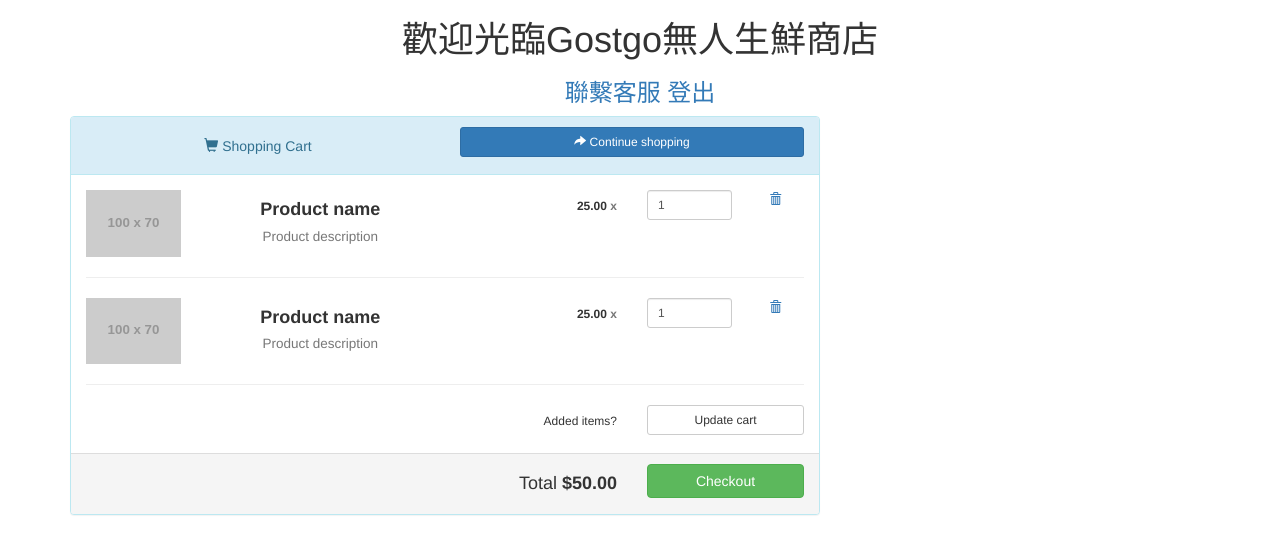
Repository: powerspd/III_AIOT05_team3_project
Page: http://localhost/this_is_demo/shopping.jsp
The author's editor kept a copy of each file at every save. The page is drawn from the files as they stood at one save, then again after the next save.
The browser window is 1280 px wide. The pictures show the whole page.
Some web libraries are served in a nearby version. The page is served by Tomcat 9. Other server files are loaded and not shown. The template is opened directly, without the code that normally fills it, so the values that code supplies are empty.

Above is the page before, as saved 2020-01-25 07:03:18.
Console error (its wording comes from the project's code and is left out).

### JavaWeb_Workspace/this_is_demo/WebContent/shopping.jsp
<%@ page language="java" contentType="text/html; charset=UTF-8" pageEncoding="UTF-8"%>
<%@ taglib uri="http://java.sun.com/jsp/jstl/core" prefix="c" %>
<html>
<head>
	<meta http-equiv="Content-Type" content="text/html; charset=utf-8">
	<title>使用者管理系統</title>
<link href="//netdna.bootstrapcdn.com/bootstrap/3.0.3/css/bootstrap.min.css" rel="stylesheet" id="bootstrap-css">
<script src="//netdna.bootstrapcdn.com/bootstrap/3.0.3/js/bootstrap.min.js"></script>
<script src="//code.jquery.com/jquery-1.11.1.min.js"></script>
</head>
<body>
<div align="center" class="table-users">
<div class="header">
<h1>歡迎光臨Gostgo無人生鮮商店</h1>
<div></div>
<h3>
<a href="AccountServlet"><c:out value="${user.name}"/></a>
<a href="ServiceServlet">聯繫客服</a>
<a href="LogoutServlet">登出</a>
</h3>
</div>
<div class="container">
	<div class="row">
		<div class="col-xs-8">
			<div class="panel panel-info">
				<div class="panel-heading">
					<div class="panel-title">
						<div class="row">
							<div class="col-xs-6">
								<h5><span class="glyphicon glyphicon-shopping-cart"></span> Shopping Cart</h5>
							</div>
							<div class="col-xs-6">
								<button type="button" class="btn btn-primary btn-sm btn-block">
									<span class="glyphicon glyphicon-share-alt"></span> Continue shopping
								</button>
							</div>
						</div>
					</div>
				</div>
				<div class="panel-body">
					<div class="row">
						<div class="col-xs-2"><img class="img-responsive" src="http://placehold.it/100x70">
						</div>
						<div class="col-xs-4">
							<h4 class="product-name"><strong>Product name</strong></h4><h4><small>Product description</small></h4>
						</div>
						<div class="col-xs-6">
							<div class="col-xs-6 text-right">
								<h6><strong>25.00 <span class="text-muted">x</span></strong></h6>
							</div>
							<div class="col-xs-4">
								<input type="text" class="form-control input-sm" value="1">
							</div>
							<div class="col-xs-2">
								<button type="button" class="btn btn-link btn-xs">
									<span class="glyphicon glyphicon-trash"> </span>
								</button>
							</div>
						</div>
					</div>
					<hr>
					<div class="row">
						<div class="col-xs-2"><img class="img-responsive" src="http://placehold.it/100x70">
						</div>
						<div class="col-xs-4">
							<h4 class="product-name"><strong>Product name</strong></h4><h4><small>Product description</small></h4>
						</div>
						<div class="col-xs-6">
							<div class="col-xs-6 text-right">
								<h6><strong>25.00 <span class="text-muted">x</span></strong></h6>
							</div>
							<div class="col-xs-4">
								<input type="text" class="form-control input-sm" value="1">
							</div>
							<div class="col-xs-2">
								<button type="button" class="btn btn-link btn-xs">
									<span class="glyphicon glyphicon-trash"> </span>
								</button>
							</div>
						</div>
					</div>
					<hr>
					<div class="row">
						<div class="text-center">
							<div class="col-xs-9">
								<h6 class="text-right">Added items?</h6>
							</div>
							<div class="col-xs-3">
								<button type="button" class="btn btn-default btn-sm btn-block">
									Update cart
								</button>
							</div>
						</div>
					</div>
				</div>
				<div class="panel-footer">
					<div class="row text-center">
						<div class="col-xs-9">
							<h4 class="text-right">Total <strong>$50.00</strong></h4>
						</div>
						<div class="col-xs-3">
							<button type="button" class="btn btn-success btn-block">
								Checkout
							</button>
						</div>
					</div>
				</div>
			</div>
		</div>
	</div>
</div>


<c:forEach var="user" items="${listItem}">
<div class="item">
<div class="buttons">
<span class="delete-btn"></span>
</div>

<div class="image">
<img src="/.....path_name...../<c:out value='${item.imno}'/>" alt="" />
</div>

<div class="description">
<span><c:out value="${item.name}"/></span>
<span><c:out value="${item.unitPrice}"/> 元</span>
</div>

<div class="total-price"> NT <c:out value="${item.totalPrice}"/></div>
</div>
</c:forEach>
</div>
</div>

</body>
</html>

After the next save:
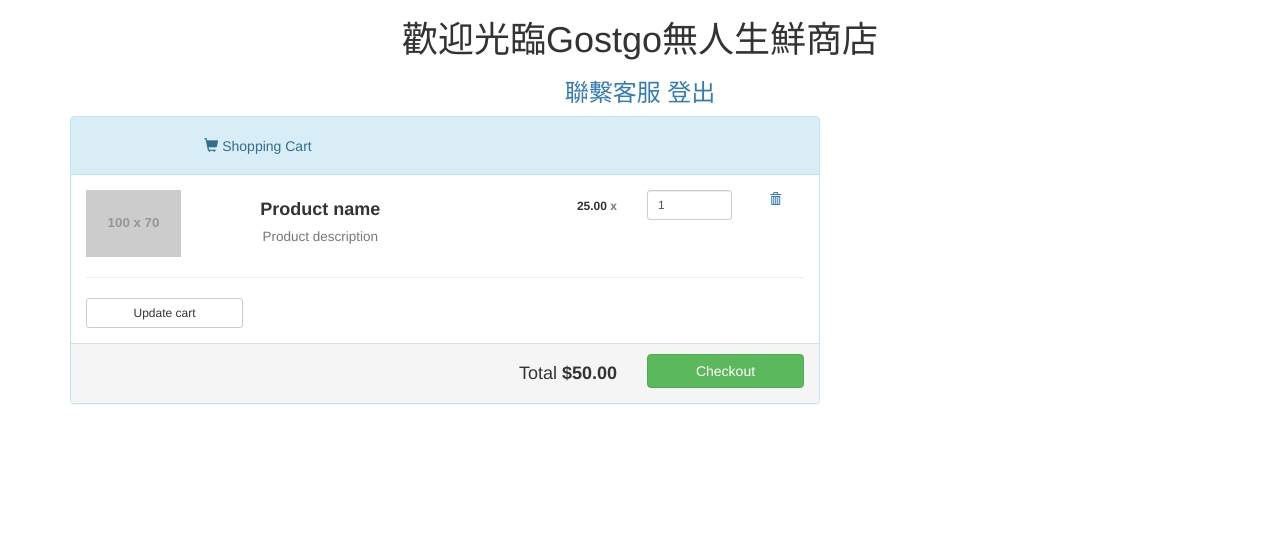
Saved 18 min 6 s later.
--- a/JavaWeb_Workspace/this_is_demo/WebContent/shopping.jsp
+++ b/JavaWeb_Workspace/this_is_demo/WebContent/shopping.jsp
@@ -29,11 +29,6 @@
 							<div class="col-xs-6">
 								<h5><span class="glyphicon glyphicon-shopping-cart"></span> Shopping Cart</h5>
 							</div>
-							<div class="col-xs-6">
-								<button type="button" class="btn btn-primary btn-sm btn-block">
-									<span class="glyphicon glyphicon-share-alt"></span> Continue shopping
-								</button>
-							</div>
 						</div>
 					</div>
 				</div>
@@ -60,31 +55,7 @@
 					</div>
 					<hr>
 					<div class="row">
-						<div class="col-xs-2"><img class="img-responsive" src="http://placehold.it/100x70">
-						</div>
-						<div class="col-xs-4">
-							<h4 class="product-name"><strong>Product name</strong></h4><h4><small>Product description</small></h4>
-						</div>
-						<div class="col-xs-6">
-							<div class="col-xs-6 text-right">
-								<h6><strong>25.00 <span class="text-muted">x</span></strong></h6>
-							</div>
-							<div class="col-xs-4">
-								<input type="text" class="form-control input-sm" value="1">
-							</div>
-							<div class="col-xs-2">
-								<button type="button" class="btn btn-link btn-xs">
-									<span class="glyphicon glyphicon-trash"> </span>
-								</button>
-							</div>
-						</div>
-					</div>
-					<hr>
-					<div class="row">
 						<div class="text-center">
-							<div class="col-xs-9">
-								<h6 class="text-right">Added items?</h6>
-							</div>
 							<div class="col-xs-3">
 								<button type="button" class="btn btn-default btn-sm btn-block">
 									Update cart
